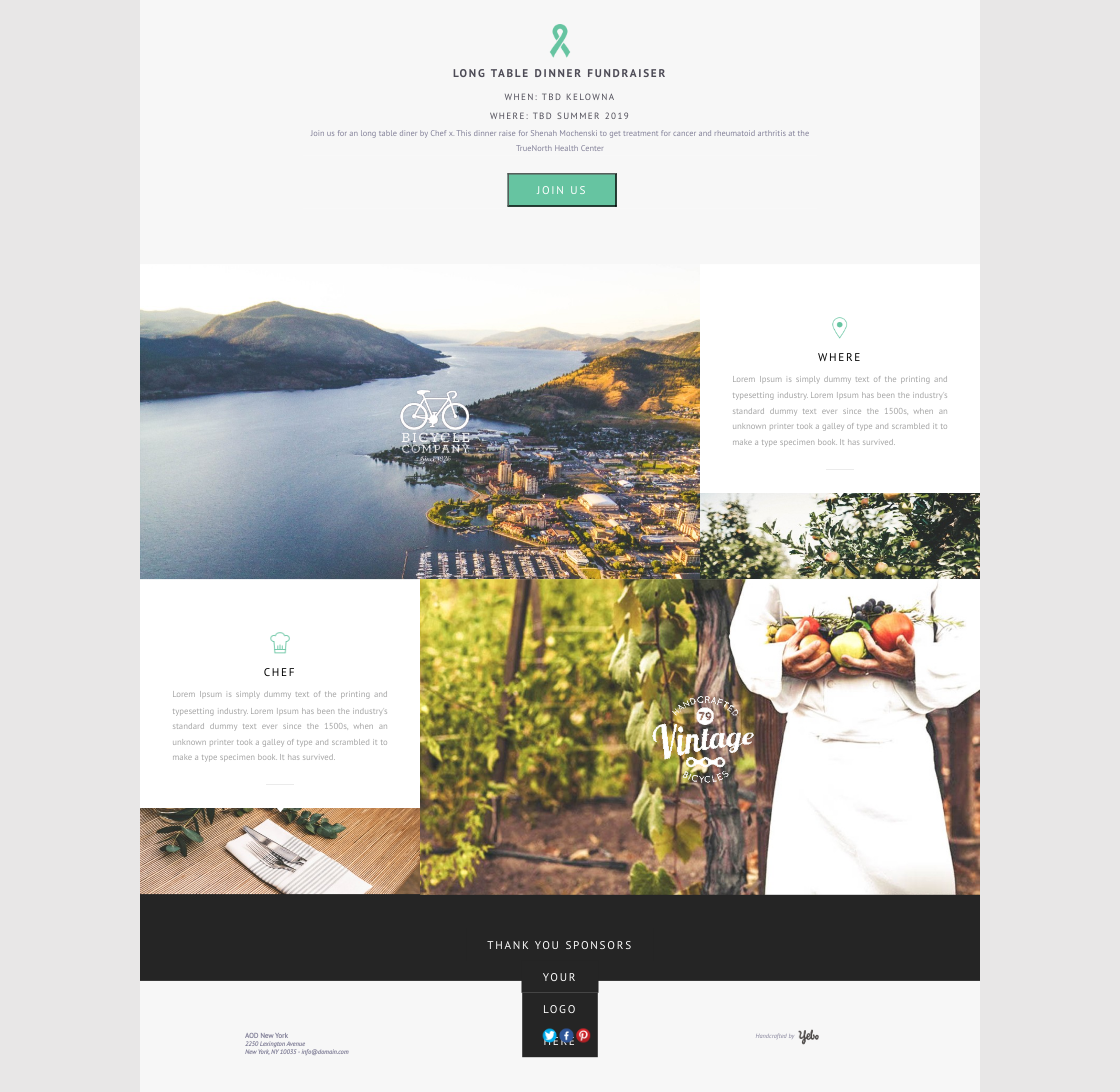
Repository: vancodes/longtable
Page: index.html
An editor plug-in stored every save of this project. The page is shown before and after the next save, followed by the edit.
The browser window is 1280 px wide. The page is 1600 px wide, so the pictures cover 1600 px, including what lies to the right of the window. The pictures show the part of the page from y = 796 to 2356 px (the page is 2356 px tall), at 70% of full size.

Above is the page before, as saved 2019-04-08 15:54:07.

### index.html
<!DOCTYPE html>
<html>

<head>
  <meta charset="utf-8">
  <link href="index.css" type="text/css" rel="stylesheet">
  <title>Long table</title>
</head>

<body>
  <div class="wrapper">
    <!--Intro Section-->
    <div class="topbar">
      <h1>
      <ul>
        <li><a href="#">About Us</a></li>
    	   <p>.</p>
        <li><a href="#">Info</a></li>
        <li><a href="#"><img src="assets\logo.png" alt="logo"></a></li>
        <li><a href="https://www.gofundme.com/breast-lung-and-melanoma-cancer">Donate</a></li>
    	   <p>.</p>
        <li><a href="#">Contact</a></li>
      </ul>
    </h1>
    </div>
    <div class="hero">
      <img src="assets/cover.jpg" alt="">
    </div>
    <!--Navigation Section-->
    <div class="main" align="center">
      <div class="first">
        <img src="assets\breast-cancer-icon.png" alt="bike chain">
        <h2>Long table dinner fundraiser</h2>
        <h4>When: TBD Kelowna</h4>
        <h4>Where: TBD Summer 2019</h4>
        <p>Join us for an long table diner by Chef x. This dinner raise for Shenah Mochenski to get treatment for cancer and rheumatoid arthritis at the TrueNorth Health Center</p>
        <div class="email-container">
            <button>Join us</button>
          </div>
      </div>
      <!--Image Section-->
      <div class="bike-images">
        <div class="first-container">
          <div class="first-left">
            <div id="bike-logo">
              <img src="assets/bike.png" alt="bike logo">
            </div>
            <div id="logo">
              <img src="assets/bicycle-company-logo.png" alt="company logo">
            </div>
            <div id="vintage-left">
              <img src="assets\bike-1.jpg" alt="bike handle">
            </div>
          </div>
          <div class="first-right">
            <div class="location">
              <img src="assets\location-icon.png" alt="frame icon">
            </div>
            <div id="vintage-text">
              <h3>WHERE</h3>
              <p>Lorem Ipsum is simply dummy text of the printing and typesetting industry. Lorem Ipsum has been the industry's standard dummy text ever since the 1500s, when an unknown printer took a galley of type and scrambled it to make a type specimen
                book. It has survived.</p>
            </div>
            <div class="divider-line"></div>
            <div id="first-vintage-seat">
              <img img src="assets\seat.jpg" alt="bike seat">
            </div>
            <div class="arrow-down"></div>
          </div>
        </div>
        <div class="second-container">
          <div class="second-left">
            <div class="chef">
              <img src="assets\chef-icon.png" alt="chef icon">
            </div>
            <div id="vintage-text">
              <h3>CHEF</h3>
              <p>Lorem Ipsum is simply dummy text of the printing and typesetting industry. Lorem Ipsum has been the industry's standard dummy text ever since the 1500s, when an unknown printer took a galley of type and scrambled it to make a type specimen
                book. It has survived.</p>
            </div>
            <div class="divider-line"></div>
            <div id="second-chef">
              <img src="assets\chef-2.jpg" alt="vintage bike seat">
            </div>
            <div class="arrow-down"></div>
          </div>
          <div class="second-right">
            <div id="vintage-logo">
              <img src="assets\vintage-logo.png" alt="vintage bike logo">
            </div>
            <div id="chef">
              <img src="assets\chef.jpg" alt="chef">
            </div>
          </div>
        </div>
        <!--<div class="retro-container">
          <div class="retro-left">
            <div id="retro-logo">
              <img src="assets/bicycle-logo.png" alt="Since 1962 logo">
            </div>
            <div id="retro-bike">
              <img src="assets\bike-rail.jpg" alt="bike rail">
            </div>
          </div>
          <div class="retro-middle">
            <div class="steering">
              <img src="assets\steering-icon.png" alt="steering icon">
            </div>
            <div id="vintage-text">
              <h3>Retro Bike - M. Hulot</h3>
              <p>Lorem Ipsum is simply dummy text of the printing and typesetting industry. Lorem Ipsum has been the industry's standard dummy text ever since the 1500s, when an unknown printer took a galley of type and scrambled it to make a type specimen
                book. It has survived.</p>
            </div>
            <div class="divider-line"></div>
            <div class="arrow-down"></div>
            <div id="retro-rail">
              <img src="assets\mavic.jpg" alt="vintage bike seat">
            </div>
          </div>
          <div class="retro-right">
            <div id="retro-bike-right">
              <img src="assets\bike-2.jpg" alt="retro bike">
            </div>
          </div>
        </div>
      </div>-->
      <!--Social Section-->
      <!--<div class="main" align="center">
        <div class="last">
          <img src="assets\twitter-icon.png" alt="Twitter icon"><br>
          <span>AOD New York @aod</span>
          <span class="twitter-time"> / 35 min</span >
            <p>Lorem ipsum dolor sit amet, consectetur adipiscing elit. Sed ut tellus ac nulla semper rhoncus. Nullam a odio porttitor, dictum turpis vitae, pretium ante amet.</p>
          </div>
      </div>-->
<!--slider-->
    <!--<div class="slider">
      <span class="dotfirst"></span>
          <span class="dot"></span>
          <span class="dot"></span>
        </div>-->
        <!--Photo Collage-->
        <!--
        <div class="bottom-container">
          <div class="bottom-left">
            <div id="image-one">
              <img src="assets\bottom-image-1.jpg" alt="">
            </div>
            <div id="image-one">
              <img src="assets\bottom-image-2.jpg" alt="">
            </div>
            <div id="brooks-seat">
              <img src="assets\brooks-seat.png" alt="">
            </div>
          </div>
          <div class="bottom-middle">
            <div id="image-three">
              <img src="assets\bottom-image-3.jpg" alt="">
            </div>
            <div id="image-three">
              <img src="assets\bottom-image-4.jpg" alt="">
            </div>
          </div>
          <div class="bottom-right">
            <div id="bottom-bike-logo">
              <img src="assets/bike.png" alt="bike logo">
            </div>
            <div class="bottom-text">
              <p>shop now</p>
            </div>
            <div id="image-five">
              <img src="assets\bottom-image-5.jpg" alt="">
            </div>
            <div id="image-five">
              <img src="assets\bottom-image-6.jpg" alt="">
            </div>
          </div>
        </div> -->
        <div class="discover-container">
          <div class="discover-text">
            <button>Thank You Sponsors</button>
          </div>
          <div class="discover-text">
            <button>YOUR</button>
            <button>LOGO</button>
            <button>HERE</button>
          </div>
      </div>
        </div>
      </div>
      <div class="main" align="center">
        <div class="footer-container">
          <div class="footer-left">
            <span>AOD New York</span>
            <span class="footer-text">
      <p>2250 Lexington Avenue</p>
      <p>New York, NY 10035 - info@domain.com</p>
      </span >
      </div>
      <div class="footer-middle">
        <img src="assets\twitter.png" alt="twitter icon">
        <img src="assets\facebook.png" alt="facebook icon">
        <img src="assets\pinterest.png" alt="pinterest icon">
      </div>
      <div class="footer-right">
        <span class="footer-right-text">
          <p>Handcrafted by</p>
        </span>
            <img src="assets\yebo-logo.png" alt="yebo logo">
          </div>
        </div>
      </div>
      <!--end-->
    </div>
</body>
</html>

### index.css
/* http://meyerweb.com/eric/tools/css/reset/
   v2.0 | 20110126
   License: none (public domain)
*/

html, body, div, span, applet, object, iframe, h1, h2, h3, h4, h5, h6, p, blockquote, pre, a, abbr, acronym, address, big, cite, code, del, dfn, em, img, ins, kbd, q, s, samp, small, strike, strong, sub, sup, tt, var, b, u, i, center, dl, dt, dd, ol, ul, li, fieldset, form, label, legend, table, caption, tbody, tfoot, thead, tr, th, td, article, aside, canvas, details, embed, figure, figcaption, footer, header, hgroup, menu, nav, output, ruby, section, summary, time, mark, audio, video {
  margin: 0;
  padding: 0;
  border: 0;
  font-size: 100%;
  font: inherit;
  vertical-align: baseline;
}

/* HTML5 display-role reset for older browsers */

article, aside, details, figcaption, figure, footer, header, hgroup, menu, nav, section {
  display: block;
}

body {
  line-height: 1;
}

ol, ul {
  list-style: none;
}

blockquote, q {
  quotes: none;
}

blockquote:before, blockquote:after, q:before, q:after {
  content: '';
  content: none;
}

table {
  border-collapse: collapse;
  border-spacing: 0;
}

/*  fonts */

@font-face {
  font-family: PtSansWebBold;
  src: url(font/pt_sans-web-bold.ttf);
}

@font-face {
  font-family: PtSansWebBoldItalic;
  src: url(font/pt_sans-web-bolditalic.ttf);
}

@font-face {
  font-family: PtSansWebItalic;
  src: url(font/pt_sans-web-italic.ttf);
}

@font-face {
  font-family: PtSansWebRegular;
  src: url(font/pt_sans-web-regular.ttf);
}

body {
  font-family: PtSansWebRegular;
}

h1 {
  font-family: PtSansWebBold;
  font-size: 12px;
  text-transform: uppercase;
  letter-spacing: 2px;
}

h2 {
  font-family: PtSansWebBold;
  letter-spacing: 2.5px;
  text-transform: uppercase;
  text-align: center;
  line-height: 2.5em;
}

h3 {
  font-family: PtSansWebBold;
  letter-spacing: 2.5px;
  text-transform: uppercase;
  text-align: center;
  font-size: 12px;
  line-height: 2.5em;
}

h3 {
  font-family: PtSansWebRegular;
  letter-spacing: 2.5px;
  text-transform: uppercase;
  text-align: center;
  line-height: 2.5em;
  font-size: 16px;
}

h4 {
  font-family: PtSansWebRegular;
  font-size: 13px;
  text-transform: uppercase;
  letter-spacing: 2px;
  line-height: 2.1em;
}


p {
  font-family: PtSansWebRegular;
  font-size: 12px;
  color: #838199;
  text-align: center;
  line-height: 1.8em;
}

.bike-images p {
  font-family: PtSansWebRegular;
  font-size: 12.5px;
  color: #a5a5a5;
  text-align: justify;
  line-height: 1.8em;
}

.last span {
  font-family: PtSansWebBold;
  display: inline;
  font-size: 12px;
  text-align: center;
  line-height: 2.8em;
  letter-spacing: 1.5px;
}

.last .twitter-time {
  font-family: PtSansWebRegular;
  font-size: 12px;
  text-align: center;
  letter-spacing: 1.5px;
  color: #b2b1bd;
  padding-left: 6px;
}

.last p {
  font-family: PtSansWebItalic;
  font-size: 14px;
  color: #838199;
  text-align: center;
  line-height: 1.8em;
  padding: 0 55px;
}

.bottom-text p {
  font-family: PtSansWebRegular;
  letter-spacing: 2.5px;
  text-transform: uppercase;
  text-align: center;
  line-height: 2.5em;
  font-size: 12px;
  color: #fff;
}

.saddle-text p {
  font-family: PtSansWebItalic;
  font-size: 16px;
  text-align: center;
  letter-spacing: 0.5px;
  color: #838199;
  padding-left: 6px;
  margin-bottom: 20px;
}

/*  wrapper */

.wrapper {
  padding: 0 200px;
  width: 1200px;
  margin: 0 auto;
  background-color: #e8e7e7;
}

/* intro section */

.hero img {
  width: 100%;
}

.topbar {
  position: absolute;
  padding: 0px 317px;
  margin-top: 23px;
}

.topbar ul {
  width: 590px;
  margin: 0 auto;
}

.topbar li {
  display: inline-block;
  padding: 0 20px;
  float: left;
  position: relative;
  top: 52px;
  transform: translateY(-50%);
}

.topbar li a {
  text-decoration: none;
  color: #4D4B56;
}

.topbar li a img {
  width: 75px;
}

.hero img {
  vertical-align: bottom;
  width: 100%;
  padding-top: 150px;
  background-color: #F7F7F7
}

.topbar li a:hover {
  text-decoration: none;
  color: #ff000069;
}

.topbar p {
  padding: 0 20px;
  float: left;
  position: relative;
  top: 52px;
  transform: translateY(-50%);
  font-family: PtSansWebBold;
}

/* navigation section */

.main {
  background-color: #F7F7F7
}

.first {
  color: #4D4B56;
  padding: 80px 150px 80px 150px;
  max-width: 736px;
}

.first img {
  padding: 0px 46px;
}

/* bike images */

img {
  padding: 0;
  margin: 0;
}

.bike-images {
  background-color: #FFFF;
  position: relative;
}

.first-container {
  vertical-align: bottom;
  display: table;
}

.first-left {
  width: 800px;
  display: table-cell;
  vertical-align: bottom;
}

.first-right {
  display: table-cell;
  vertical-align: bottom;
  width: 400px;
}

#first-vintage-seat img {
  width: 400px;
  height: 123px;
  float: left;
}

#bike-logo img {
  width: 100px;
  position: absolute;
  margin-top: 179px;
  transform: translatex(-29%);
}

#logo img {
  width: 100px;
  position: absolute;
  margin-top: 240px;
  transform: translateX(-26%);
}

#vintage-left img {
  float: left;
  margin: auto;
  width: 800px;
}

.location img {
  width: 30px;
  margin-bottom: 5px;
}

#vintage-text {
  height: 162px;
  margin-bottom: 18px;
  overflow: hidden;
}

#vintage-text p {
  padding: 0px 46px;
}

.divider-line {
  height: 1px;
  background-color: #e2e2e2;
  margin: 0px 180px 33px;
}

.arrow-down {
  width: 0px;
  height: 0px;
  border-left: 5px solid transparent;
  border-right: 5px solid transparent;
  border-top: 6px solid #FFFF;
  position: absolute;
  transform: translateX(1955%);
}

.second-container {
  vertical-align: bottom;
  display: table;
}

#second-chef img {
  width: 400px;
  height: 123px;
  float: left;
  margin-bottom: -1.6px;
}

.second-left {
  width: 333px;
  display: table-cell;
  vertical-align: bottom;
}

.chef img {
  width: 30px;
  margin-bottom: 5px;
}

#chef img {
  float: right;
  width: 800px;
  vertical-align: bottom;
  margin-bottom: -2px;
}

.second-right {
  display: table-cell;
  vertical-align: bottom;
  width: 656px;
}

#vintage-logo img {
  width: 145px;
  position: absolute;
  margin-top: 167px;
  transform: translateX(-47%);
}

.retro-container {
  vertical-align: bottom;
  display: table;
}

.retro-left {
  display: table-cell;
  vertical-align: bottom;
  width: 333px;
}

.retro-middle {
  width: 400px;
  display: table-cell;
  vertical-align: bottom;
}

.retro-right {
  display: table-cell;
  vertical-align: bottom;
  width: 400px;
}

#retro-logo img {
  width: 160px;
  position: absolute;
  margin-top: 197px;
  transform: translateX(-50%);
}

#retro-bike img {
  float: right;
  width: 400px;
  vertical-align: bottom;
}

#retro-bike-right img {
  float: right;
  width: 400px;
  vertical-align: bottom;
}

.steering img {
  height: 30px;
  margin-bottom: 5px;
}

#retro-rail img {
  width: 400px;
  height: 123px;
  vertical-align: bottom;
}

.bottom-container {
  vertical-align: bottom;
  display: table;
  margin-top: 14px;
}

.bottom-left {
  display: table-cell;
  vertical-align: bottom;
  width: 400px;
}

.bottom-middle {
  display: table-cell;
  vertical-align: bottom;
  width: 400px;
}

.bottom-right {
  display: table-cell;
  vertical-align: bottom;
  width: 400px;
}

#image-one img {
  float: left;
  width: 200px;
  vertical-align: bottom;
  max-height: 199px;
}

#brooks-seat img {
  float: left;
  width: 400px;
  vertical-align: bottom;
}

#image-three img {
  float: left;
  width: 200px;
  vertical-align: bottom;
}

#image-five img {
  float: left;
  width: 400px;
  vertical-align: bottom;
  margin-top: -1px;
}

#bottom-bike-logo img {
  width: 50px;
  position: absolute;
  margin-top: 79px;
  transform: translatex(-57%);
}

.bottom-text {
  position: absolute;
  padding: 0px -4px;
  margin-top: 108px;
  width: 400px;
}

/* twitter-last section */

.last {
  padding: 80px 150px 50px 150px;
  max-width: 736px;
}

.last img {
  width: 25px;
  padding-bottom: 15px;
}

.noBorder {
  border: 0;
}

/* slider */

.dotfirst {
  width: 0.50rem;
  height: 0.50rem;
  background-color: #ADB2B6;
  border-radius: 50%;
  display: inline-block;
}

.dot {
  width: 0.40rem;
  height: 0.40rem;
  border-radius: #ADB2B6;
  background-color: #FFF;
  border-radius: 50%;
  border: 1px solid #ADB2B6;
  display: inline-block;
  -moz-border-radius: 50%;
  -webkit-border-radius: 50
}

.slider {
  color: #4D4B56;
  padding: 0px 0px 30px 0px;
  max-width: 736px;
}

/* last section */

.discover-container {
  background-color: #252525;
  height: 75px;
  padding-top: 50px;
}

.discover-text button {
  border: none;
  padding: 3px 30px;
  margin: 0 450px;
  font-family: PtSansWebRegular;
  letter-spacing: 2.5px;
  text-transform: uppercase;
  text-align: center;
  line-height: 2.5em;
  font-size: 16px;
  color: #fff;
  background-color: #252525;
}

.discover-text button:hover {
  background-color: #fff;
  color: #252525;
  box-shadow: none;
  transform: none;
  transition: 0.1s ease-in-out;
}

.email-container {
  background-color: #f7f7f7;
  padding: 25px 150px 50px 0px;
}

.email-container img {
  width: 65px;
  padding: 10px 420px;
}

input {
  border: 1px solid #e8e7e7;
  padding: 5px 30px;
  margin: 3px 255px;
  position: absolute;
  padding: 9px 109px 9px 20px;
  font-family: PtSansWebItalic;
  font-size: 14px;
  color: #e8e7e7;
  text-align: center;
  line-height: 1.8em;
  text-align: left;
}

.email-container button {
  margin: 0px;
  position: absolute;
  background-color: #66c4a1;
  padding: 2px 40px;
  font-family: PtSansWebRegular;
  letter-spacing: 2.5px;
  text-transform: uppercase;
  text-align: center;
  line-height: 2.5em;
  font-size: 16px;
  color: #fff;
}

.email-container button:hover {
  background-color: #fff;
  color: #66c4a1;
  box-shadow: none;
  transform: none;
  transition: 0.1s ease-in-out;
}

.footer-container {
  background-color: #f7f7f7;
  padding: 50px 150px;
  display: table
}

.footer-left {
  display: table-cell;
  width: 400px;
  text-align: left;
}

.footer-left span {
  font-size: 10px;
  color: #838199;
  font-weight: bold;
}

.footer-text p {
  font-family: PtSansWebItalic;
  font-size: 9px;
  color: #838199;
  line-height: 1.4em;
  text-align: left;
}

.footer-middle {
  display: table-cell;
  width: 400px;
  transform: translateX(33%);
  vertical-align: middle;
}

.footer-middle img {
  width: 20px;
}

.footer-right {
  width: 400px;
}

.footer-right-text p {
  font-family: PtSansWebItalic;
  font-size: 9px;
  color: #838199;
  line-height: 1.4em;
  margin-top: 23px;
  width: 60px;
  transform: translateX(95%);
}

.footer-right img {
  width: 30px;
  transform: translateX(300%);
  padding-top: 0px;
  margin-top: -16px;
  position: absolute;
}

After the next save:
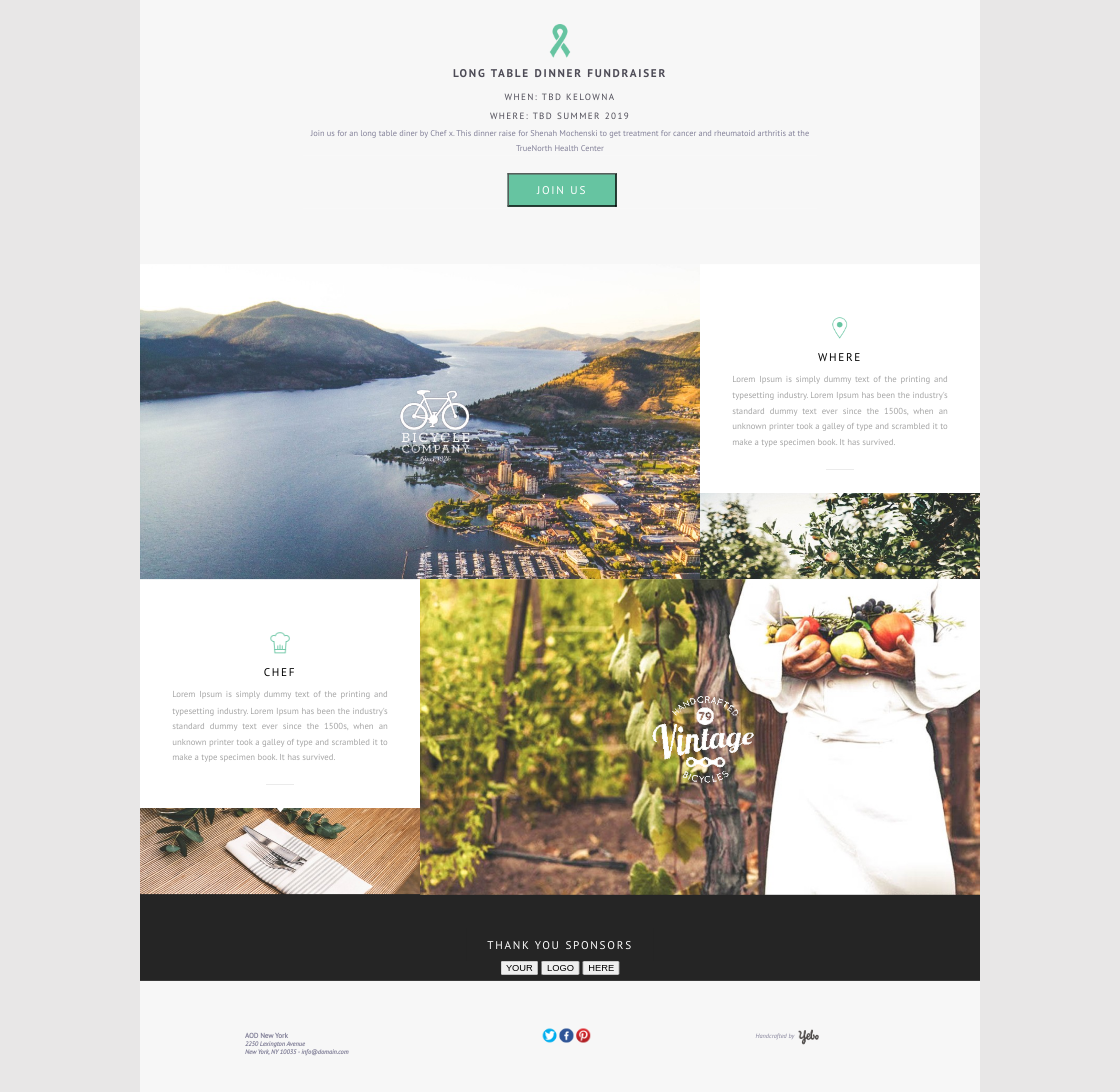
Saved 22 s later.
--- a/index.html
+++ b/index.html
@@ -180,7 +180,7 @@
           <div class="discover-text">
             <button>Thank You Sponsors</button>
           </div>
-          <div class="discover-text">
+          <div class="sponsor-logo">
             <button>YOUR</button>
             <button>LOGO</button>
             <button>HERE</button>
